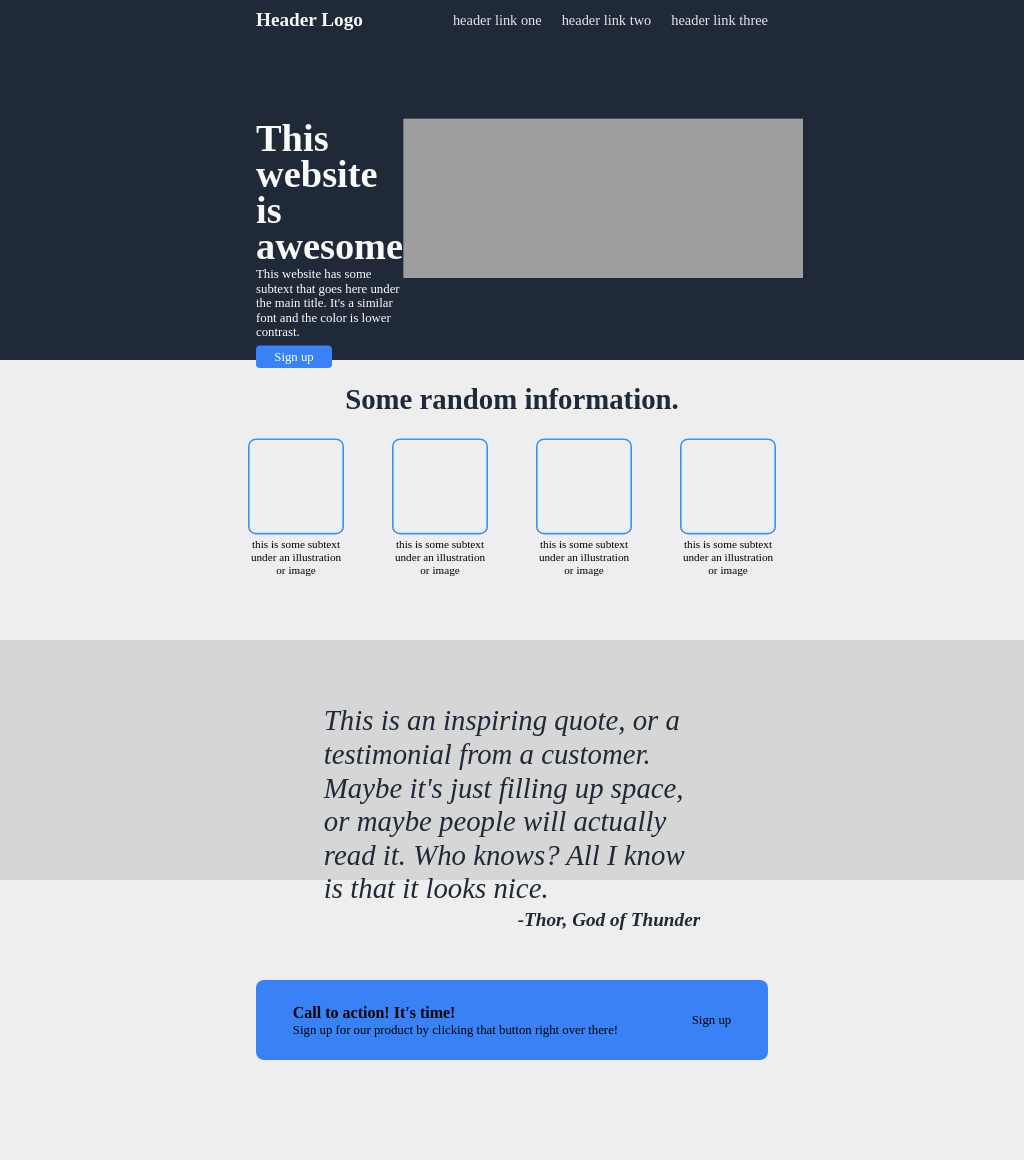
Repository: Pafestivo/Dummy-Landing-Page
Page: index.html
These files come from the project's save history. The page is drawn as it stood at one moment and after the next save; the edit follows.
The browser window is 1280 px wide. The pictures show the whole page, at 80% of full size.
Pictures or frames that could not be fetched are drawn as grey boxes.

Above is the page before, as saved 2022-09-26 19:38:44.

After the next save:
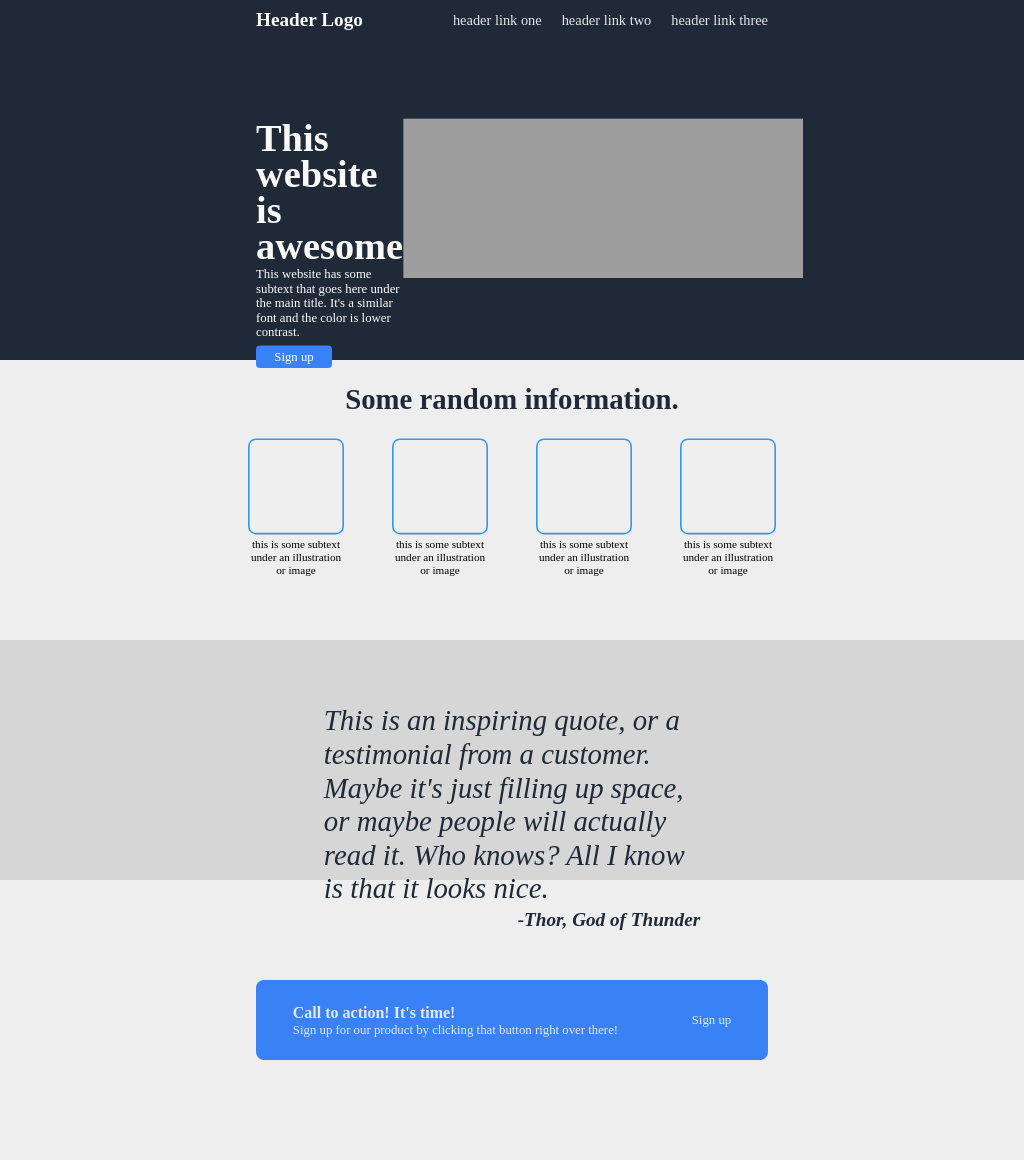
Saved 59 s later.
--- a/styles.css
+++ b/styles.css
@@ -171,6 +171,7 @@ right p {
 
 .coa {
   display: flex;
+  color: #e5e7eb;
   justify-content: space-around;
   align-items: center;
   width: 100%;
